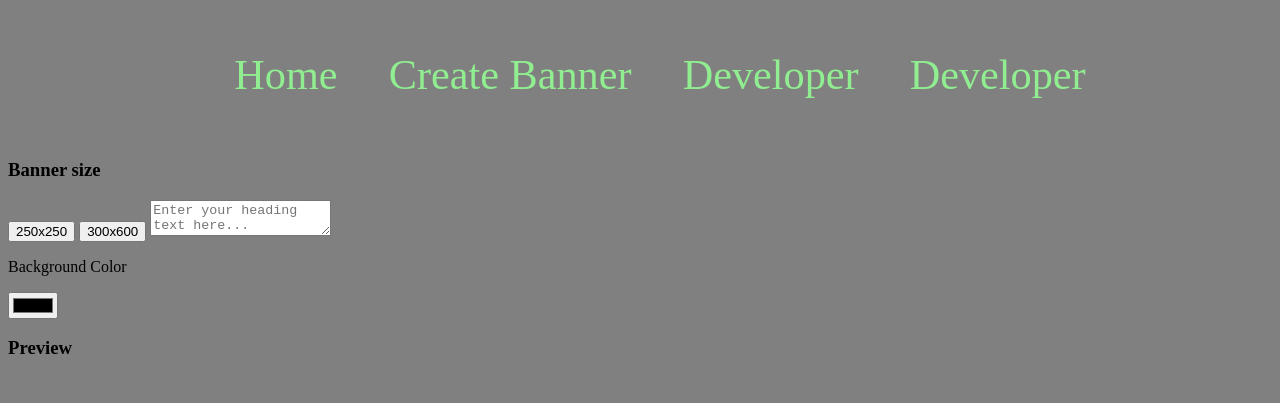
Repository: Yuravolontir/--Baner-Editor--
Page: banner.html
An editor plug-in stored every save of this project. The page is shown before and after the next save, followed by the edit.
The browser window is 1280 px wide. The pictures show the whole page.

Above is the page before, as saved 2025-07-15 18:22:01.

### banner.html
<!DOCTYPE html>
<html lang="en">
<head>
    <meta charset="UTF-8">
    <meta name="viewport" content="width=device-width, initial-scale=1.0">
    <title>Document</title>
    <link rel="stylesheet" href="/styles/styles.css">
    <script type="module" src="/scripts/index.js"></script>

</head>
<body>

<nav>
    <ul>
    <li><a href="/dashboard.html">Home</a></li>
    <li><a href="/banner.html">Create Banner</a></li>
    <li><a href="/thanks-to-developer.html">Developer</a></li>
    <li><a href="/thanks-to-developer.html">Developer</a></li>
    </ul>
</nav>
<div class="controls">
<h3>Banner size</h3>
<button id="250X250">250x250</button>
<button id="300X600">300x600</button>
<textarea id="bannerHeading" placeholder="Enter your heading text here..."></textarea>
<p>Background Color</p>
<input type="color" name="favColor">


</div>
<h3>Preview</h3>
<div id="preview">

</div>
</body>
</html>

### styles/styles.css
body {
    background-color: grey;
}

#form-container{
    width: 300px;
    margin: 0 auto;
    padding: 20px;
    background-color: white;
    border-radius: 10px;
    box-shadow: 0 0 10px rgba(0, 0, 0, 0.1);
    display: flex;
    flex-direction: column;
    align-items: center;
    text-align: center;
}


nav {
  margin-top: auto;
  margin-bottom: auto;
  display: flex;
  justify-content:center;
  align-items: center;
  margin-left: auto; /* Push navigation items to the right end */
}
nav ul {
  list-style: none;
  display: flex;
  justify-content: flex-end;
}

nav ul li {
  padding: 2vw;
}

nav ul li a {
  text-decoration: none;
  color: lightgreen;
  font-size: 3.3vw;
}

nav ul li a:hover {
  color: orange;
}

#preview {

}

### scripts/index.js
import {createBanner, updateBannerHeading} from "./banner.js";




document.getElementById("250X250").addEventListener('click', createBanner);
document.getElementById("300X600").addEventListener('click', createBanner);




document.getElementById("bannerHeading").addEventListener('input', updateBannerHeading);

### scripts/banner.js





export function createBanner(event) {
    event.preventDefault();
    const blank = document.querySelector("#preview");
    blank.innerHTML = "";
    const div = document.createElement("div");
    div.id = "generatedBanner"; // So we can update it later

    if (event.target.id === "300X600")
    {
    div.style.width = "300px";
    div.style.height = "600px";
    }
     if (event.target.id === "250X250")
    {
     div.style.width = "250px";
     div.style.height = "250px";
    }

    div.style.border = "1px solid black";
    div.style.background = "white";

    const h1 = document.createElement("h1");
    h1.id = "bannerText"; // So we can update it
    h1.style.textAlign = "center";
    h1.textContent = document.getElementById("bannerHeading").value;

    div.appendChild(h1);
    blank.appendChild(div);
}
export function updateBannerHeading() {
    const h1 = document.getElementById("bannerText");
    if (h1) {
        h1.textContent = document.getElementById("bannerHeading").value;
    }
}

After the next save:
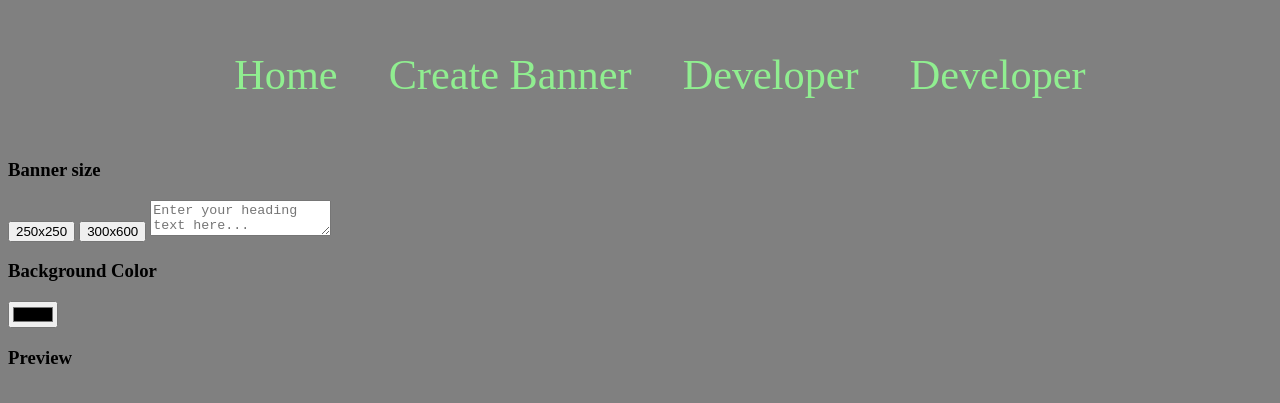
Saved 18 s later.
--- a/banner.html
+++ b/banner.html
@@ -23,7 +23,7 @@
 <button id="250X250">250x250</button>
 <button id="300X600">300x600</button>
 <textarea id="bannerHeading" placeholder="Enter your heading text here..."></textarea>
-<p>Background Color</p>
+<h3>Background Color</h3>
 <input type="color" name="favColor">
 
 
